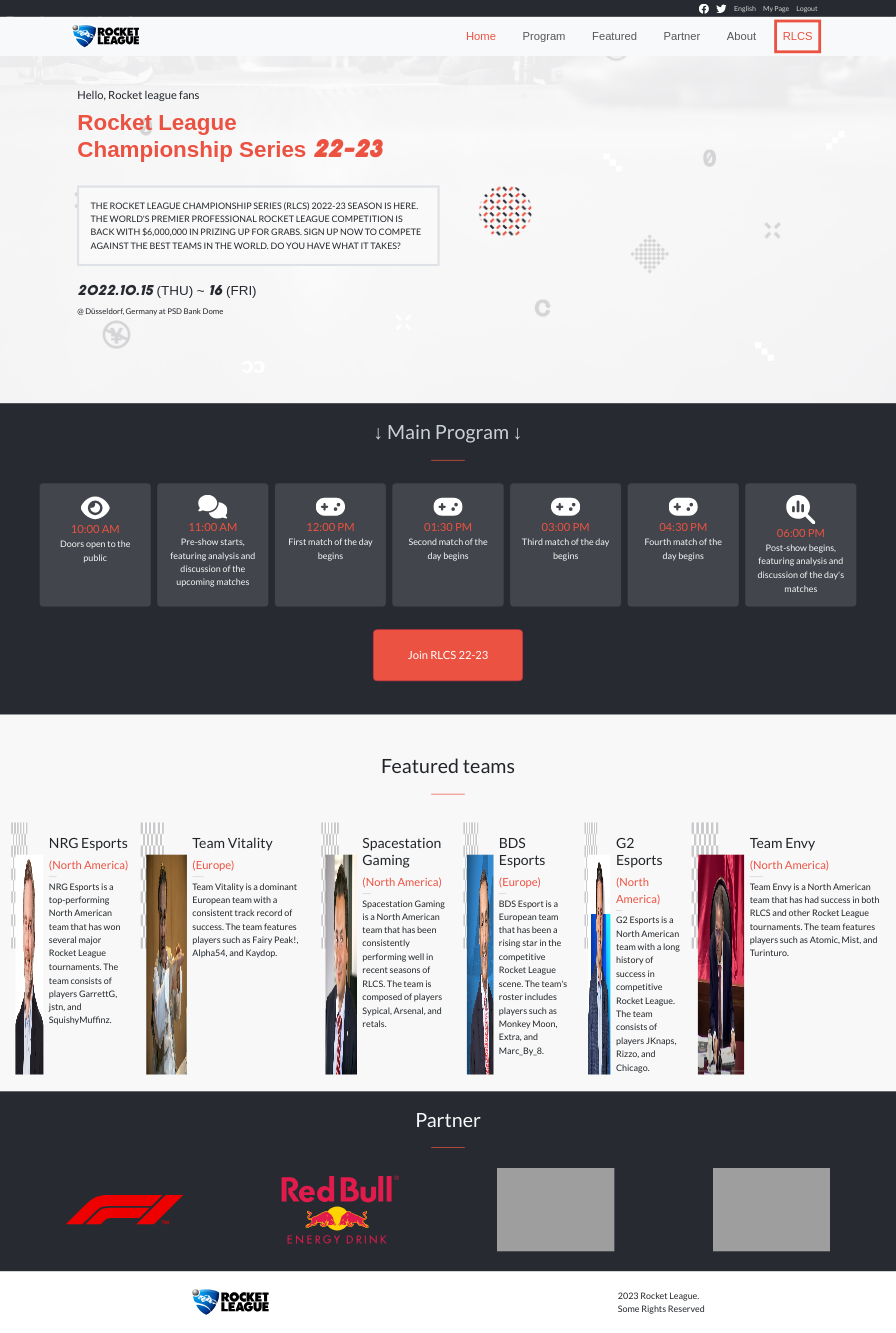
Repository: Salimer/RLCS-event-landing-page
Page: index.html
These files come from the project's save history. The page is drawn as it stood at one moment and after the next save; the edit follows.
The browser window is 1280 px wide. The pictures show the whole page, at 70% of full size.
Pictures or frames that could not be fetched are drawn as grey boxes. Backgrounds fixed to the window are drawn as part of the page.

Above is the page before, as saved 2023-04-20 15:45:34.

After the next save:
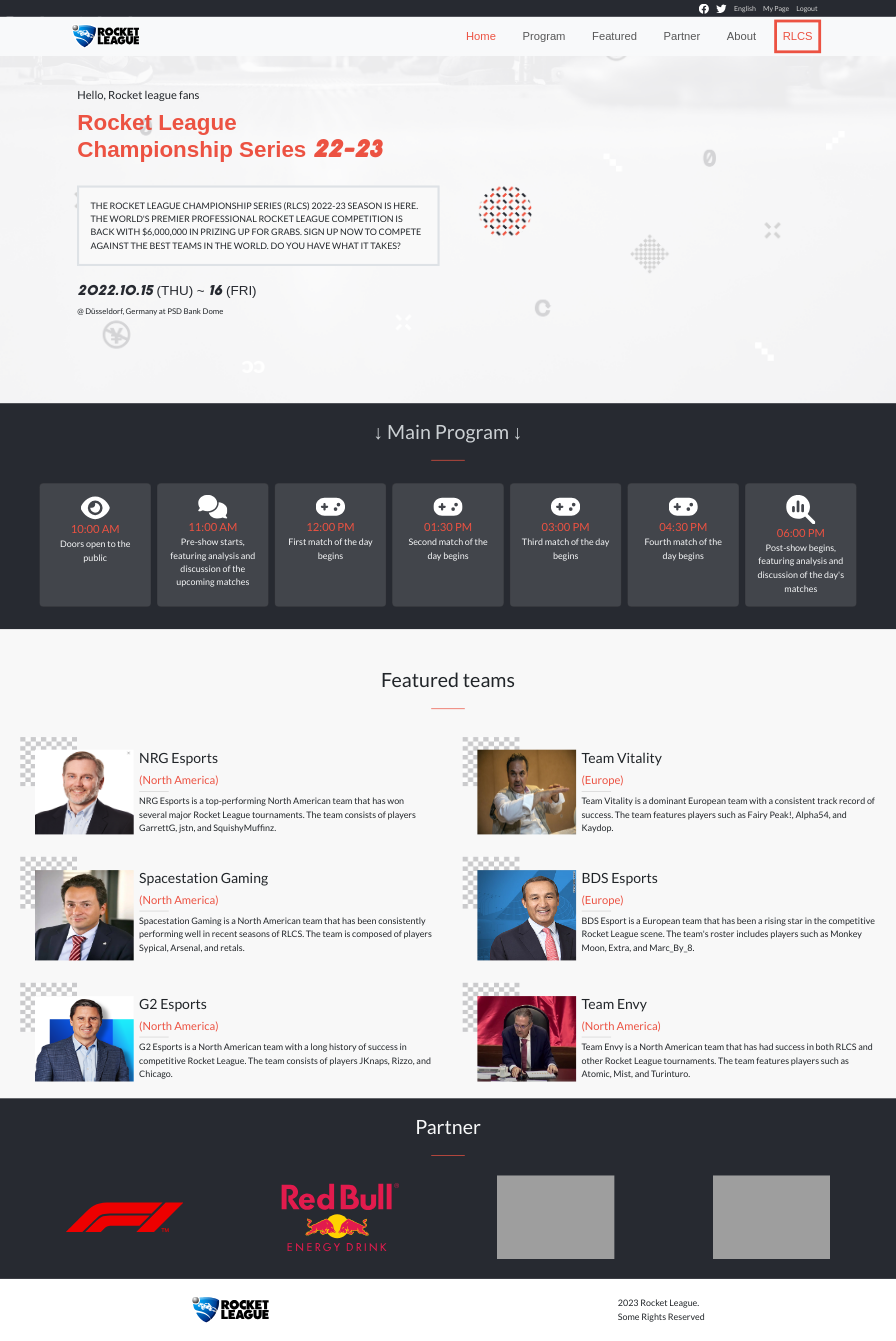
Saved 9 s later.
--- a/style.css
+++ b/style.css
@@ -391,7 +391,9 @@
     max-width: 8rem;
   }
 
-  #main
+  #main-program-button {
+    display: none;
+  }
 
   /* Featured  */
   .featured-cards {
